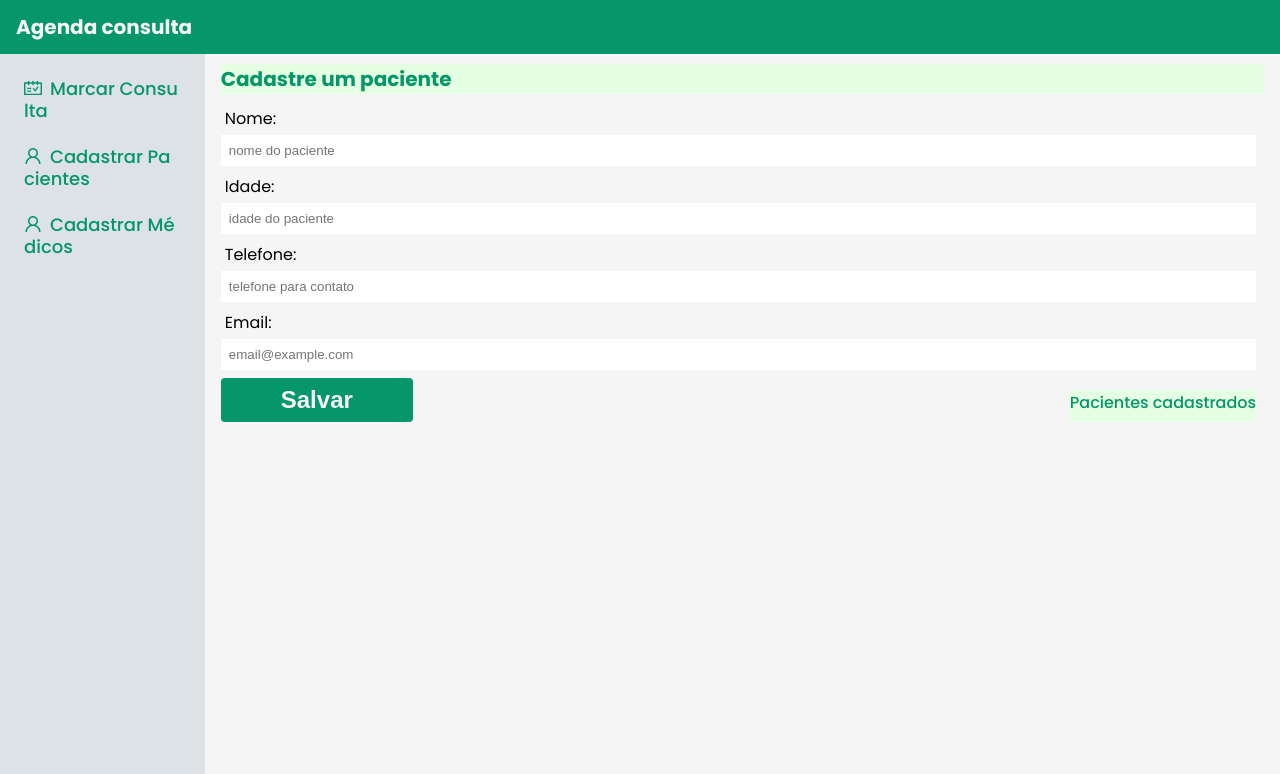
Repository: BarbaraCD/agendaconsulta
Page: /patients/new
An editor plug-in stored every save of this project. The page is shown before and after the next save, followed by the edit.
The browser window is 1280 px wide. The pictures show the whole page.
The page's requests for data from a server got no answer. The project was rebuilt for these pictures with package versions that can differ from the ones it lists, and the page was loaded fresh each time. No one was signed in, and anything a server would have sent is missing. Also part of the build but not shown: vite.config.ts, src/services/appointment.services.ts, src/services/doctor.services.ts, src/components/Calendar.tsx, src/components/SubmitButton.tsx, src/components/Appointments.tsx, src/styles/CreateContainer.ts, src/components/DoctorTable.tsx and 2 more.

Above is the page before, as saved 2023-08-22 14:10:41.

### index.html
<!DOCTYPE html>
<html lang="en">
  <head>
    <meta charset="UTF-8" />
    <link rel="icon" type="image/svg+xml" href="/vite.svg" />
    <meta name="viewport" content="width=device-width, initial-scale=1.0" />

    <link rel="preconnect" href="https://fonts.googleapis.com">
    <link rel="preconnect" href="https://fonts.gstatic.com" crossorigin>
    <link href="https://fonts.googleapis.com/css2?family=Poppins:wght@400;500;700&display=swap" rel="stylesheet">

    <title>Agendamento de Consulta</title>
  </head>
  <body>
    <div id="root"></div>
    <script type="module" src="/src/main.tsx"></script>
  </body>
</html>

### src/main.tsx
/* eslint-disable @typescript-eslint/no-non-null-assertion */
import React from 'react'
import ReactDOM from 'react-dom/client'
import { ThemeProvider } from 'styled-components'
import GlobalStyle, { Container, Content } from './styles/global'
import { theme } from './styles/Theme.ts'
import App from './App.tsx'
import { Routes } from './routes/index.tsx'
import { Header } from './components/Header.tsx'
import { Provider } from 'react-redux'
import store from './store/index.ts'
import { BrowserRouter } from 'react-router-dom'

ReactDOM.createRoot(document.getElementById('root')!).render(
  <React.StrictMode>
    <Provider store={store}>
      <ThemeProvider theme={theme}>
        <GlobalStyle />
        <BrowserRouter>
          <Header />
          <Container>
            <App />
            <Content>
              <Routes />
            </Content>
          </Container>
        </BrowserRouter>
      </ThemeProvider>
    </Provider>
  </React.StrictMode>,
)

### src/styles/global.ts
import styled, { createGlobalStyle } from 'styled-components'

export default createGlobalStyle`
  *{
    margin: 0;
    padding: 0;
    box-sizing: border-box;

  }
  body{
    height: 100%;
    width: 100%;
    font-family: 'Poppins', sans-serif;
    background: ${(props) => props.theme.colors.white};
    font-size: ${(props) => props.theme.size.xl};
  }
`

export const Container = styled.div`
  display: flex;
`

export const SidebarGlobal = styled.div`
  width: 16%;
`

export const Content = styled.div`
  flex: 1;
  margin: 0 16px;
`

### src/styles/Theme.ts
export const theme = {
  colors: {
    primary: '#059669',
    head: '#059669B3',
    100: '#E4FFE1',

    sbcolor: '#DCE2E6',
    gray: '#41414D',
    black: '#000',
    white: '#f5f5f5',
  },
  size: {
    sm: '14px',
    md: '16px',
    lg: '18px',
    xl: '20px',
    xxl: '24px',
  },
}

### src/App.tsx
import { SidebarGlobal } from './styles/global'
import { Sidebar } from './components/Sidebar'

export default function App() {
  return (
    <SidebarGlobal>
      <Sidebar />
    </SidebarGlobal>
  )
}

### src/routes/index.tsx
import { AppRoutes } from './app.routes'

export function Routes() {
  return (
    <>
      <AppRoutes />
    </>
  )
}

### src/components/Header.tsx
import { Link } from 'react-router-dom'
import { styled } from 'styled-components'

const ContainerHeader = styled.div`
  background-color: ${(props) => props.theme.colors.primary};
  padding: 12px 16px;
  flex: 1;
  width: 100%;
  color: ${(props) => props.theme.colors.white};
  font-weight: 700;

  @media (max-width: 100px) {
    min-width: 980px;
  }
`

const StyleLink = styled(Link)`
  text-decoration: none;
  color: ${(props) => props.theme.colors.white};
`

export function Header() {
  return (
    <ContainerHeader>
      <StyleLink to="/">Agenda consulta</StyleLink>
    </ContainerHeader>
  )
}

### src/store/index.ts
import { configureStore, ThunkAction, Action } from '@reduxjs/toolkit'
import appointmentReducer from '../features/appointments/appointmentsSlice'

const store = configureStore({
  reducer: {
    appointment: appointmentReducer,
  },
})

export type RootState = ReturnType<typeof store.getState>
export type AppThunk<ReturnType = void> = ThunkAction<
  ReturnType,
  RootState,
  unknown,
  Action<string>
>

export default store

### src/components/Sidebar.tsx
import { ScheduleOutlined, UserOutlined } from '@ant-design/icons'
import { StyledSidebar, StyledList } from '../styles/SidebarStyled'
import { Link } from 'react-router-dom'

export function Sidebar() {
  return (
    <StyledSidebar>
      <StyledList>
        <li>
          <ScheduleOutlined style={{ color: '#059669' }} />
          <Link to="/appointments/new">Marcar Consulta</Link>
        </li>
        <li>
          <UserOutlined style={{ color: '#059669' }} />
          <Link to="/patients/new">Cadastrar Pacientes</Link>
        </li>
        <li>
          <UserOutlined style={{ color: '#059669' }} />
          <Link to="/doctors/new">Cadastrar Médicos</Link>
        </li>
      </StyledList>
    </StyledSidebar>
  )
}

### src/routes/app.routes.tsx
import { Routes, Route } from 'react-router-dom'

import { App } from 'antd'
import { AppointmentsCalendar } from '../components/Calendar'
import { CreateAppointments } from '../components/Appointments'
import { InputPatients } from '../components/InputPatient'
import { DoctorTable } from '../components/DoctorTable'
import { PatientTable } from '../components/PatientTable'
import { InputDoctors } from '../components/InputDoctors'

export function AppRoutes() {
  return (
    <Routes>
      <Route path="/" element={<App />} />

      <Route path="/patients/new" element={<InputPatients />} />
      <Route path="/patients/:id/edit" element={<InputPatients />} />
      <Route path="/patients/list" element={<PatientTable />} />

      <Route path="/doctors/new" element={<InputDoctors />} />
      <Route path="/doctors/:id/edit" element={<InputDoctors />} />
      <Route path="/doctors/list" element={<DoctorTable />} />

      <Route path="/appointments/new" element={<CreateAppointments />} />
      <Route path="/appointments/:id/edit" element={<CreateAppointments />} />
      <Route path="/appointments/calendar" element={<AppointmentsCalendar />} />
    </Routes>
  )
}

### src/features/appointments/appointmentsSlice.ts
import { createSlice, PayloadAction, CaseReducer } from '@reduxjs/toolkit'
import { AppointmentsProps } from '../../components/Appointments'

interface AppointmentState {
  appointments: AppointmentsProps[]
}

const initialState: AppointmentState = {
  appointments: [],
}

const appointmentSlice = createSlice({
  name: 'appointment',
  initialState,
  reducers: {
    addAppointment: (state, action: PayloadAction<AppointmentsProps>) => {
      state.appointments.push(action.payload)
    },
  },
})

export const { addAppointment } = appointmentSlice.actions

export type AppointmentAction = ReturnType<
  CaseReducer<typeof appointmentSlice.reducer>
>

export default appointmentSlice.reducer

### src/styles/SidebarStyled.ts
import styled from 'styled-components'

export const StyledSidebar = styled.div`
  display: flex;
  flex-direction: column;
  background-color: ${(props) => props.theme.colors.sbcolor};
  color: ${(props) => props.theme.colors.black};
  font-size: ${(props) => props.theme.size.lg};
  font-weight: 500;
  justify-content: flex-start;
  align-items: flex-start;
  overflow: auto;
  height: 100vh;

  @media (max-width: 768px) {
    width: 100%;
    height: 650vh;
  }
`

export const StyledList = styled.ul`
  list-style: none;
  padding: 12px;

  li {
    cursor: pointer;
    padding: 12px;
    line-height: 22px;
  }

  a {
    text-decoration: none;
    color: ${(props) => props.theme.colors.primary};
    margin: 8px;
    word-break: break-all;
  }
`

### src/components/InputPatient.tsx
import { z } from 'zod'
import { useForm } from 'react-hook-form'
import { zodResolver } from '@hookform/resolvers/zod'

import { useEffect, useState } from 'react'
import {
  FlexDiv,
  InputContainer,
  MessageError,
  MessageSaved,
  StyledInput,
  SubmitButton,
} from '../styles/InputContainer'
import {
  getPatient,
  createPatient,
  updatePatient,
} from '../services/patient.services'
import { StyledLink } from '../styles/Appointments'
import { PatientsProps } from './PatientTable'

const patientSchema = z.object({
  name: z
    .string()
    .nonempty('O nome é obrigatório')
    .transform((name) => {
      return name
        .trim()
        .split(' ')
        .map((word) => {
          return word[0].toLocaleUpperCase().concat(word.substring(1))
        })
        .join(' ')
    }),
  age: z.coerce.number().min(12).max(120),
  telephone: z
    .string()
    .min(11, 'Telefone é obrigatório')
    .max(11, 'Telefone deve conter 11 digitos'),
  email: z
    .string()
    .nonempty('O email é obrigatório')
    .email('Formato de email inválido')
    .toLowerCase(),
})

export type PatientSchemaType = z.infer<typeof patientSchema>

export function InputPatients() {
  const {
    register,
    handleSubmit,
    formState: { errors, isSubmitting },
  } = useForm<PatientSchemaType>({
    resolver: zodResolver(patientSchema),
    defaultValues: {
      name: '',
      age: null || undefined,
      telephone: null || undefined,
      email: '',
    },
  })

  const [patients, setPatients] = useState<PatientsProps>()
  const [successMessage, setSuccessMessage] = useState<string | null>(null)
  const [errorMessage, setErrorMessage] = useState<string | null>(null)

  useEffect(() => {
    fetchPatients()
  }, [])

  async function fetchPatients() {
    try {
      const response: PatientsProps[] = await getPatient()
      setPatients(response)
    } catch (error) {
      console.error('Error fetching Patients:', error)
    }
  }

  async function createNewPatient(data: PatientSchemaType) {
    if (patients?.id === 0) {
      try {
        await createPatient(data)
        fetchPatients()
        setSuccessMessage('Paciente salvo com sucesso!')
        setErrorMessage(null)
      } catch (error) {
        setErrorMessage('Erro ao cadastrar paciente.')
        setSuccessMessage(null)
        console.log('Erro ao cadastrar paciente:', error)
      }
    } else {
      try {
        await updatePatient(patients?.id, data)
        fetchPatients()
        setSuccessMessage('Paciente atualizado com sucesso!')
        setErrorMessage(null)
      } catch (error) {
        setErrorMessage('Erro ao atualizar paciente.')
        setSuccessMessage(null)
        console.log('Erro ao atualizar paciente:', error)
      }
    }
  }

  return (
    <InputContainer>
      {successMessage && <MessageSaved>{successMessage}</MessageSaved>}
      {errorMessage && <MessageError>{errorMessage}</MessageError>}
      <h3>Cadastre um paciente</h3>
      <form onSubmit={handleSubmit(createNewPatient)}>
        <div>
          <label htmlFor="name">Nome:</label>
          <StyledInput
            {...register('name')}
            type="text"
            id="name"
            placeholder="nome do paciente"
          />
          {errors.name && <span>{errors.name.message}</span>}
        </div>

        <div>
          <label htmlFor="age">Idade:</label>
          <StyledInput
            {...register('age')}
            type="number"
            id="age"
            maxLength={3}
            placeholder="idade do paciente"
          />
          {errors.age && <span>{errors.age.message}</span>}
        </div>

        <div>
          <label htmlFor="telephone">Telefone:</label>
          <StyledInput
            {...register('telephone')}
            type="number"
            id="telephone"
            placeholder="telefone para contato"
          />
          {errors.telephone && <span>{errors.telephone.message}</span>}
        </div>

        <div>
          <label htmlFor="email">Email:</label>
          <StyledInput
            {...register('email')}
            type="text"
            id="email"
            placeholder="email@example.com"
          />
          {errors.email && <span>{errors.email.message}</span>}
        </div>
        <FlexDiv>
          <SubmitButton type="submit" disabled={isSubmitting}>
            <p>Salvar</p>
          </SubmitButton>

          <StyledLink to="/patients/list">Pacientes cadastrados</StyledLink>
        </FlexDiv>
      </form>
    </InputContainer>
  )
}

### src/styles/Appointments.ts
import { Modal } from 'antd'
import DatePicker from 'react-datepicker'
import { Link } from 'react-router-dom'
import { styled } from 'styled-components'

export const StyledAppointments = styled.div`
  color: ${(props) => props.theme.colors.black};
  font-size: ${(props) => props.theme.size.md};
  padding: 20px 0;
  overflow: hidden;
`

export const APBody = styled.div`
  display: flex;
  flex-direction: column;
  gap: 20px;
  word-break: break-all;
  margin-bottom: 12px;

  h3 {
    font-size: ${(props) => props.theme.size.xl};
    background-color: ${(props) => props.theme.colors[100]};
    color: ${(props) => props.theme.colors.primary};
    margin-bottom: 12px;
    word-break: break-all;
  }
`
export const ApFooter = styled.div`
  display: flex;
  align-items: center;
  justify-content: space-between;
  margin-bottom: 8px;
`

export const StyledLink = styled(Link)`
  text-decoration: none;
  color: ${(props) => props.theme.colors.primary};
  background-color: ${(props) => props.theme.colors[100]};
  font-weight: 500;
  border-radius: 4px;
  margin-top: 12px;
`

export const StyledLink2 = styled(Link)`
  text-decoration: none;
  color: ${(props) => props.theme.colors.sbcolor};
  background-color: red;
  font-weight: 500;
  border-radius: 4px;
  margin-top: 24px;
  padding: 8px;
`

export const CalendarStyled = styled.div`
  display: block;
`

export const StyledModal = styled(Modal)`
  color: ${(props) => props.theme.colors.primary};

  h3 {
    background-color: ${(props) => props.theme.colors[100]};
    color: ${(props) => props.theme.colors.primary};
    font-size: ${(props) => props.theme.size.xl};
    padding: 10px;
    text-align: center;
    margin-bottom: 8px;
  }

  p {
    margin-left: 8px;
    font-size: ${(props) => props.theme.size.lg};
  }

  button {
    margin: 8px;
    padding: 4px;
    cursor: pointer;
    border: none;
    font-weight: 500;
    color: ${(props) => props.theme.colors.primary};
    background-color: ${(props) => props.theme.colors[100]};
    font-size: ${(props) => props.theme.size.lg};
  }
`

export const StyledQuestion = styled.div`
  p {
    color: ${(props) => props.theme.colors.black};
  }

  .button-sim {
    justify-content: space-between;
    color: ${(props) => props.theme.colors.sbcolor};
    background-color: lightcoral;
  }

  .button-nao {
    justify-content: space-between;
    color: ${(props) => props.theme.colors.primary};
    background-color: ${(props) => props.theme.colors.sbcolor};
  }
`

export const StyledDatepicker = styled(DatePicker)`
  width: 100%;
  border: 1px solid lightgray;
  border-radius: 4px;
  padding: 8px;
  text-decoration: 1px solid lightgray;
`

### src/services/patient.services.ts
import { PatientSchemaType } from '../components/InputPatient'
import { PatientsProps } from '../components/PatientTable'
import { api } from './ApiConfig'

export async function getPatient(): Promise<PatientsProps[]> {
  try {
    const response = await api.get('/patient')
    // eslint-disable-next-line @typescript-eslint/no-unsafe-return
    return response.data
  } catch (error) {
    throw new Error('Erro ao obter dados dos pacientes:')
  }
}

export async function getPatientById(id: number): Promise<PatientsProps> {
  try {
    const response = await api.get(`/patient/${id}`)
    // eslint-disable-next-line @typescript-eslint/no-unsafe-return
    return response.data
  } catch (error) {
    throw new Error('Erro ao obter dados dos pacientes:')
  }
}

export async function createPatient(data: PatientSchemaType) {
  return api.post('/patient', data)
}

export async function updatePatient(id: number, data: PatientSchemaType) {
  try {
    const response = await api.put(`/patient/${id}`, data)
    // eslint-disable-next-line @typescript-eslint/no-unsafe-return
    return response.data
  } catch (error) {
    throw new Error('Erro ao obter dados dos pacientes:')
  }
}

export async function deletePatient(id: number) {
  return await api.delete(`/patient/${id}`)
}

### src/styles/InputContainer.ts
import styled from 'styled-components'

export const InputContainer = styled.main`
  color: ${(props) => props.theme.colors.black};
  font-size: ${(props) => props.theme.size.md};
  padding: 10px 0;

  div {
    /* display: flex; */
    margin: 8px 8px 8px 0;
  }

  h3 {
    background-color: ${(props) => props.theme.colors[100]};
    color: ${(props) => props.theme.colors.primary};
    font-size: ${(props) => props.theme.size.xl};
    margin-bottom: 12px;
  }

  label {
    display: flex;
    margin: 4px;
  }

  p {
    font-size: ${(props) => props.theme.size.lg};
    font-weight: 400;
  }

  span {
    size: ${(props) => props.theme.size.md};
    color: red;
  }
`
export const SubmitButton = styled.button`
  padding: 8px;
  width: 15vw;
  border-radius: 4px;
  color: ${(props) => props.theme.colors.white};
  border: none;
  background-color: ${(props) => props.theme.colors.primary};
  cursor: pointer;
  overflow: hidden;

  p {
    font-size: ${(props) => props.theme.size.xxl};
    font-weight: 700;
    overflow: hidden;
  }

  &:hover {
    background-color: ${(props) => props.theme.colors.head};
  }
`

export const MessageSaved = styled.p`
  justify-content: center;
  text-align: center;
  width: 30%;
  border-radius: 4px;
  margin: 0 35%;
  background-color: ${(props) => props.theme.colors[100]};
  color: ${(props) => props.theme.colors.primary};
  size: ${(props) => props.theme.size.lg};
`

export const MessageError = styled.p`
  background-color: lightpink;
  color: red;
  justify-content: center;
  text-align: center;
  width: 30%;
  border-radius: 4px;
  margin: 0 35%;
`

export const StyledInput = styled.input`
  /* margin-left: 8px; */
  width: 100%;
  padding: 8px;
  border: none;
  overflow: hidden;
`

export const PatSpan = styled.span`
  text-decoration: none;
  color: ${(props) => props.theme.colors.primary};
  background-color: ${(props) => props.theme.colors[100]};
  font-weight: 500;
  border-radius: 4px;
  margin-top: 12px;
`
export const FlexDiv = styled.div`
  display: flex;
  justify-content: space-between;
`

Loaded but not shown: src/services/ApiConfig.ts (common file)

After the next save:
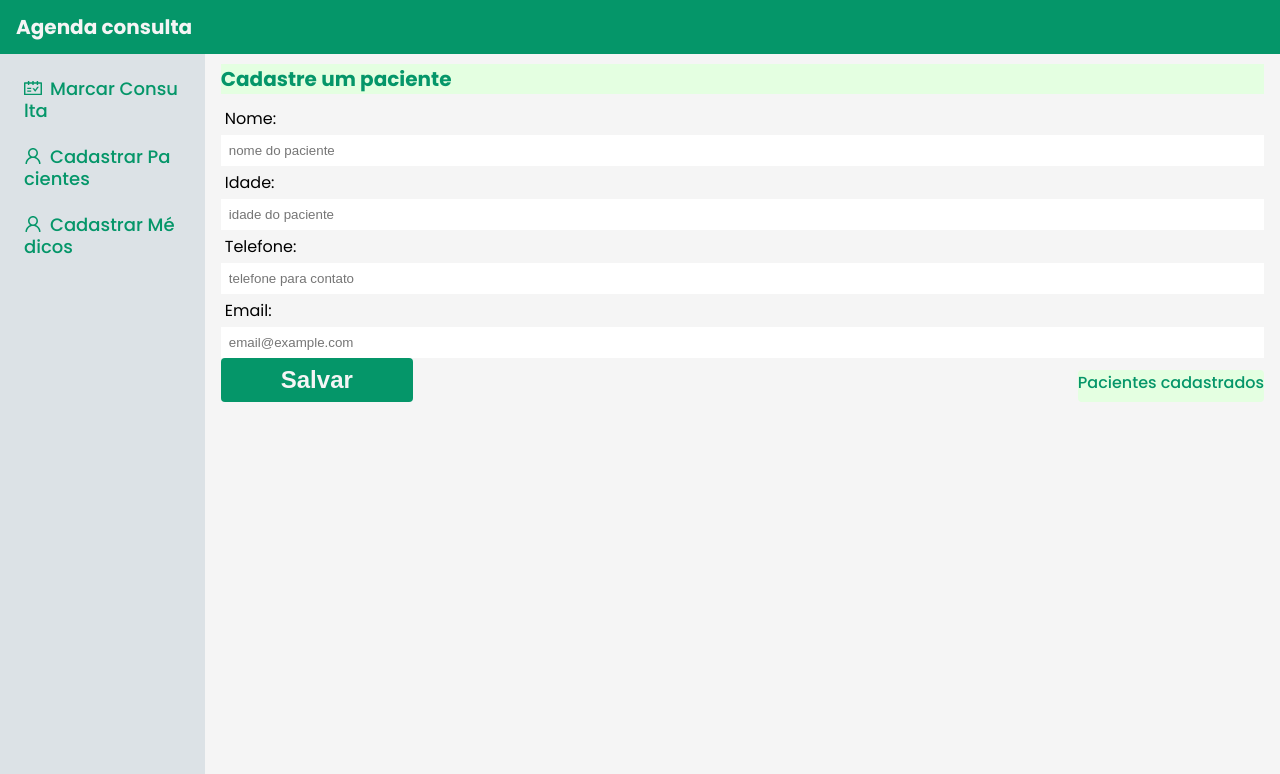
Saved 26 s later.
--- a/src/styles/InputContainer.ts
+++ b/src/styles/InputContainer.ts
@@ -4,11 +4,6 @@ export const InputContainer = styled.main`
   color: ${(props) => props.theme.colors.black};
   font-size: ${(props) => props.theme.size.md};
   padding: 10px 0;
-
-  div {
-    /* display: flex; */
-    margin: 8px 8px 8px 0;
-  }
 
   h3 {
     background-color: ${(props) => props.theme.colors[100]};

After the save that followed:
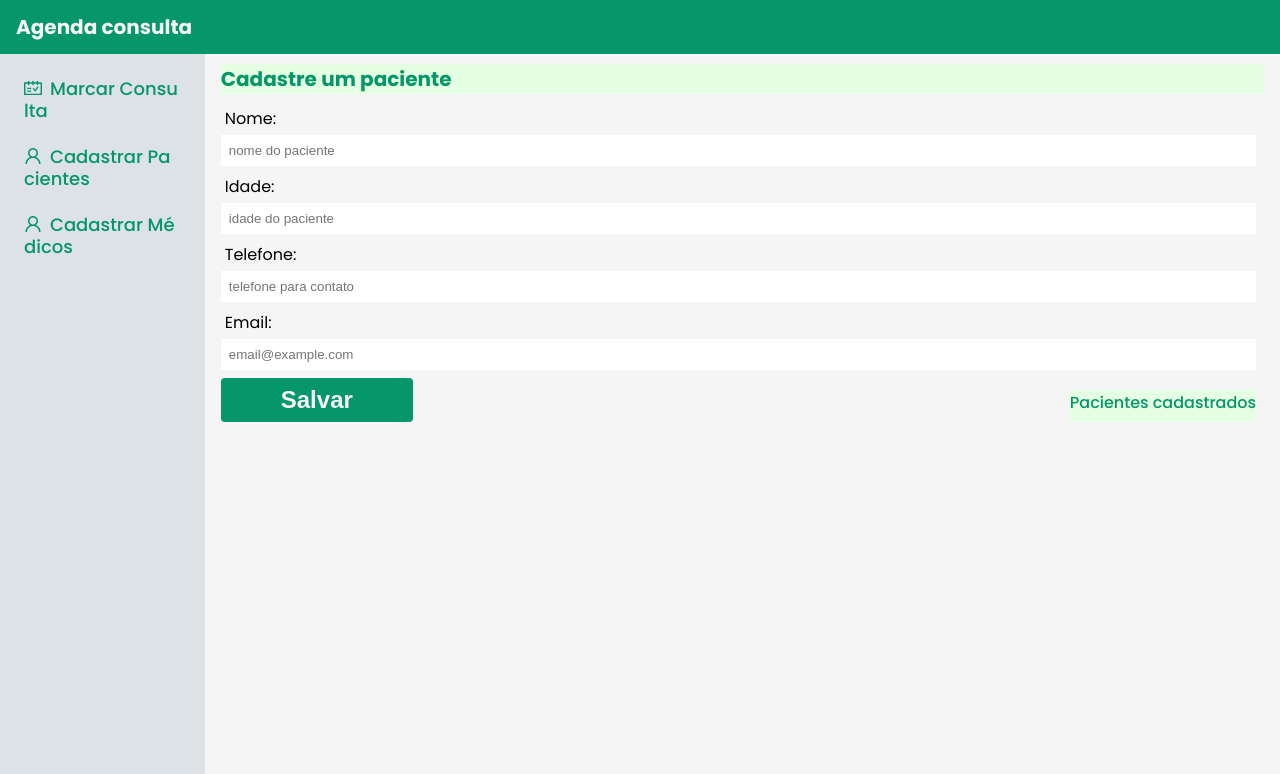
Saved 6 s later.
--- a/src/styles/InputContainer.ts
+++ b/src/styles/InputContainer.ts
@@ -4,6 +4,11 @@ export const InputContainer = styled.main`
   color: ${(props) => props.theme.colors.black};
   font-size: ${(props) => props.theme.size.md};
   padding: 10px 0;
+
+  div {
+    /* display: flex; */
+    margin: 8px 8px 8px 0;
+  }
 
   h3 {
     background-color: ${(props) => props.theme.colors[100]};
